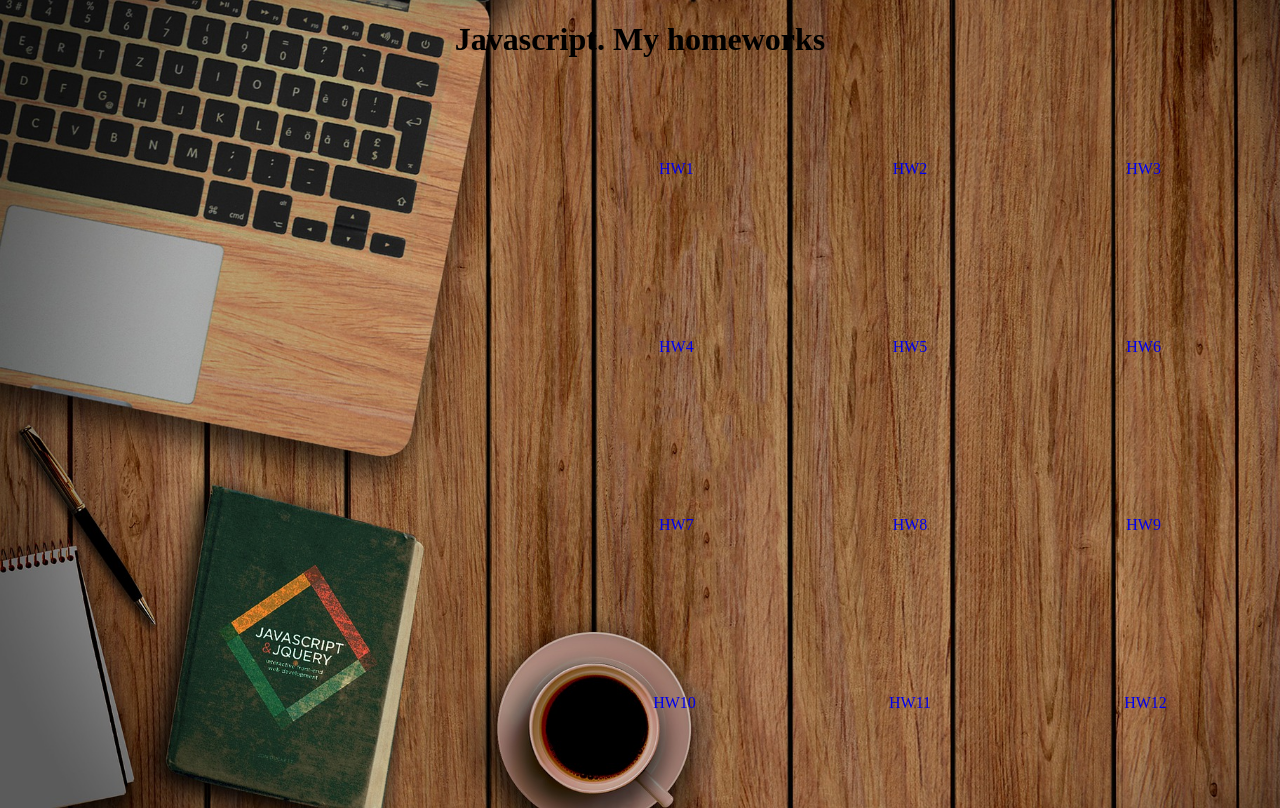
Repository: mariiastetsko/cursor-js-hw
Page: index.html
The author's editor kept a copy of each file at every save. The page is drawn from the files as they stood at one save, then again after the next save.
The browser window is 1280 px wide. The pictures show the whole page.

Above is the page before, as saved 2020-07-22 20:04:32.

### index.html
<!DOCTYPE html>
<html lang="en">
  <head>
    <meta charset="UTF-8" />
    <meta name="viewport" content="width=device-width, initial-scale=1.0" />
    <title>Cursor.JS.Homeworks</title>
    <link rel="stylesheet" href="./style.css" />
  </head>
  <body>
    <div class="homeworks">
    <h1>Javascript. My homeworks</h1>
    <ul class="list">
      <li>
        <a href="./HW1/index.html">HW1</a>
      </li>
      <li><a href="./HW2/index.html">HW2 </a></li>
      <li><a href="./HW3/index.html">HW3</a></li>
      <li><a href="./HW4/index.html">HW4</a></li>
      <li><a href="./HW5/index.html">HW5</a></li>
      <li><a href="./HW6/index.html">HW6</a></li>
      <li><a href="./HW7/index.html">HW7</a></li>
      <li><a href="./HW8/index.html">HW8</a></li>
      <li><a href="./HW9/index.html">HW9</a></li>
      <li><a href="./HW10/index.html">HW10</a></li>
      <li><a href="./HW11/index.html">HW11</a></li>
      <li><a href="./HW12/index.html">HW12</a></li>
    </ul>
  </div>
  </body>
</html>

### style.css
* {
    box-sizing: border-box;
}

body {
    margin: 0 auto;
    padding: 0;
    min-width: 900px;
    min-height: 100vh;
    background-image: url('./background.jpg');
    background-repeat: no-repeat;
    background-size: cover;
}


/* .homeworks {
    background-image: url('./background.jpg');
    background-repeat: no-repeat;
    background-size: cover;
} */

ul {
    list-style: none;
}

.list {
    display: flex;
    justify-content: space-evenly;
    flex-wrap: wrap;
    margin-left: 500px;
}

li, a {
    text-decoration: none;
    padding: 30px 10px;
    margin: 50px 30px;
}

.homeworks {
    text-align: center;
}

After the next save:
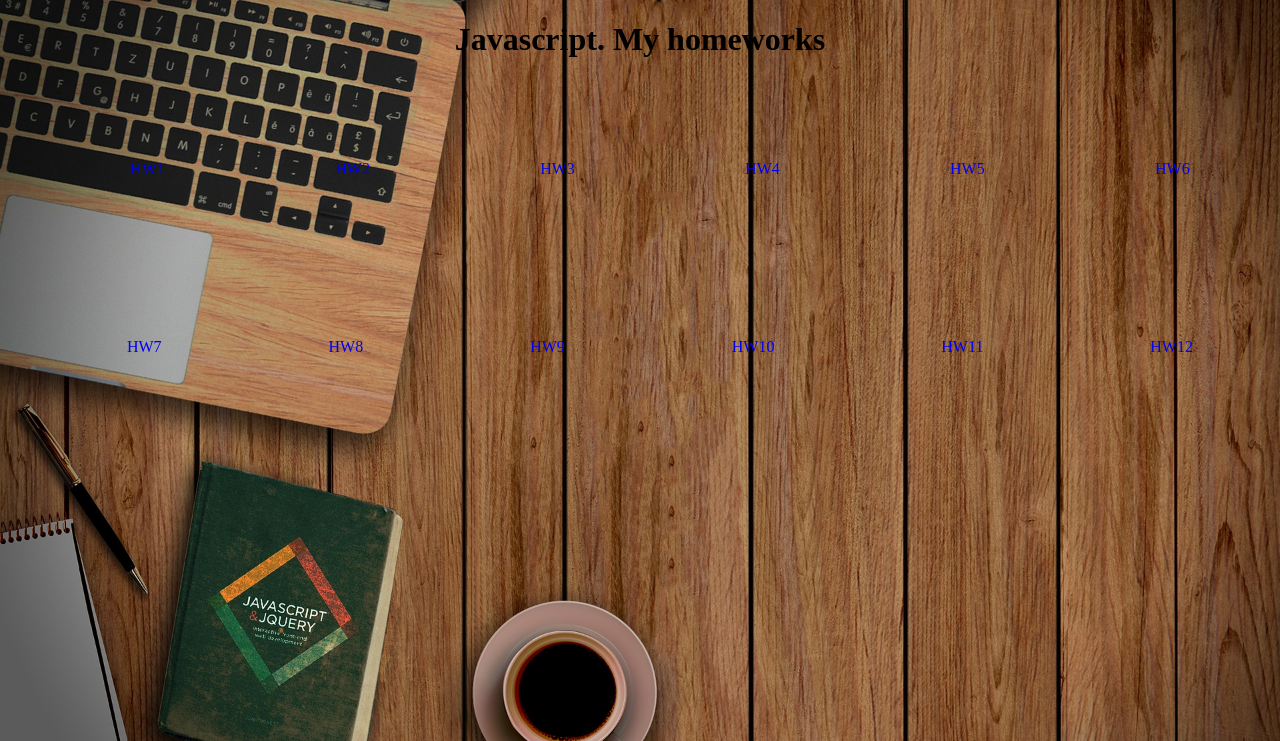
Saved 5 s later.
--- a/style.css
+++ b/style.css
@@ -27,7 +27,6 @@
     display: flex;
     justify-content: space-evenly;
     flex-wrap: wrap;
-    margin-left: 500px;
 }
 
 li, a {

After the 5 saves that followed:
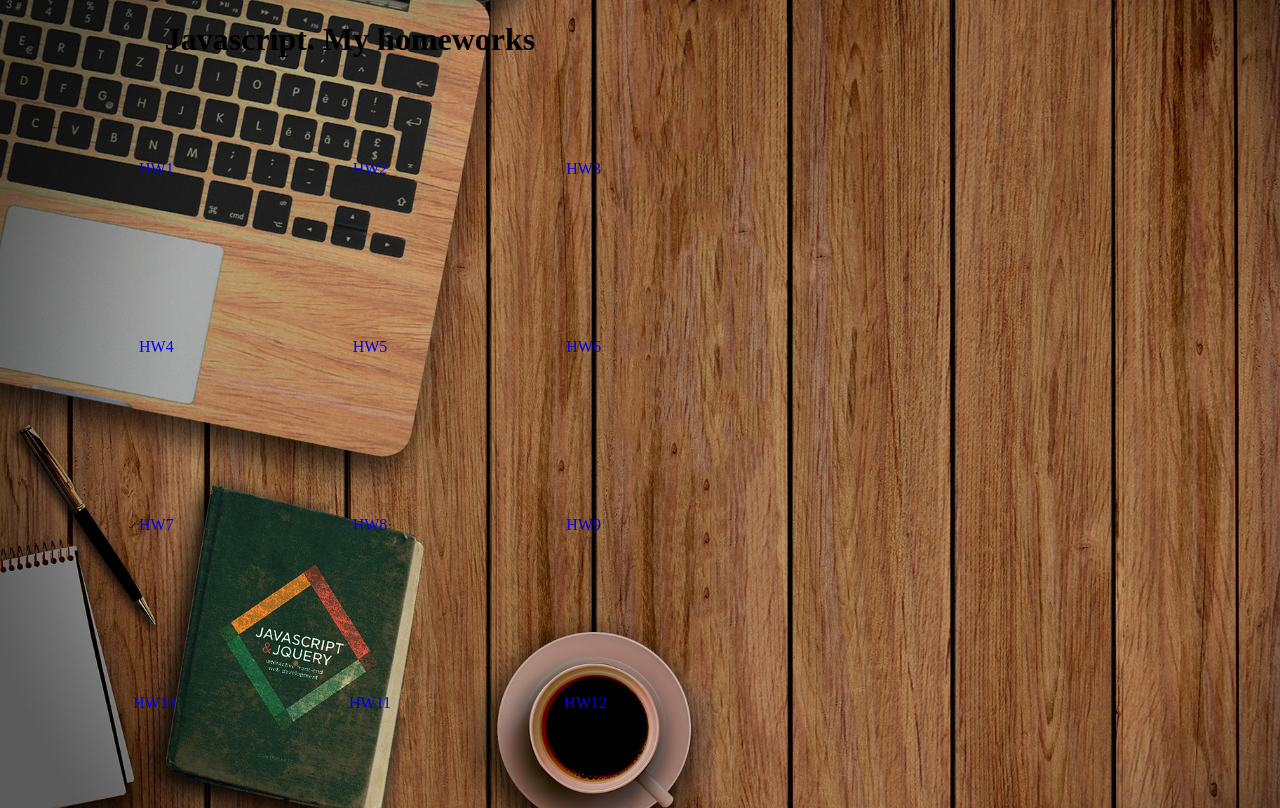
The 5 saves are shown as one change because they came seconds apart.
The last was saved 13 s later.
--- a/style.css
+++ b/style.css
@@ -36,5 +36,6 @@
 }
 
 .homeworks {
+    width: 700px;
     text-align: center;
 }
